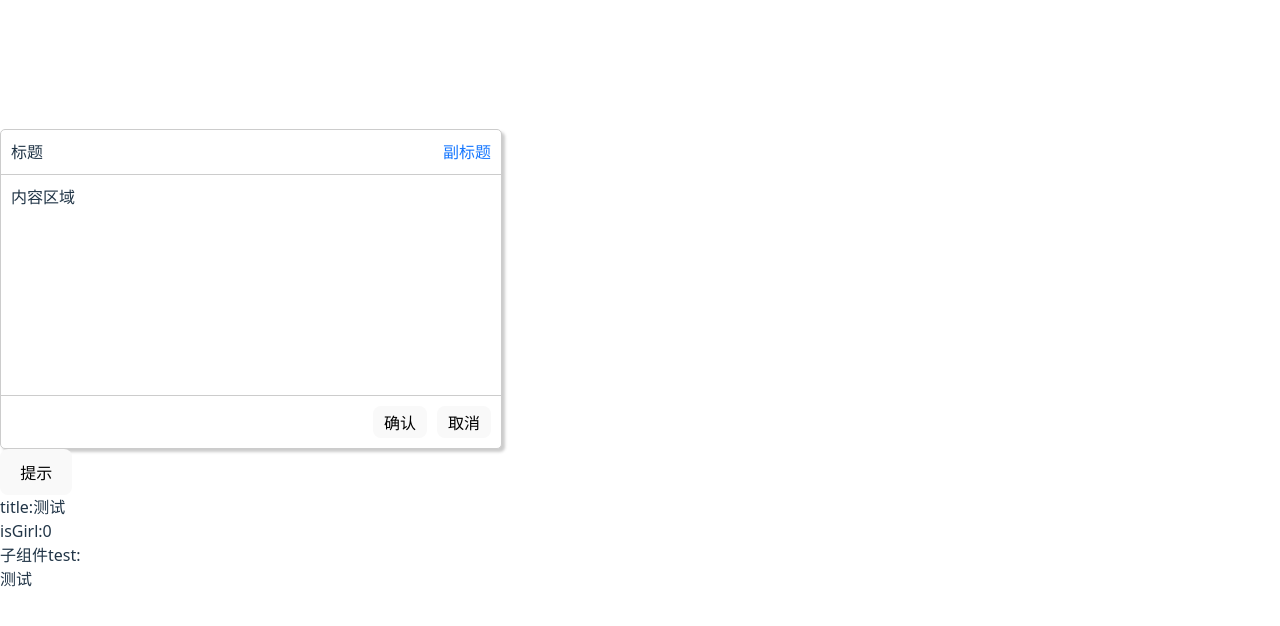
Repository: EDMZJJJ/learn-react
Page: /
The author's editor kept a copy of each file at every save. The page is drawn from the files as they stood at one save, then again after the next save.
The browser window is 1280 px wide. The pictures show the whole page.
The project was rebuilt for these pictures with package versions that can differ from the ones it lists, and the page was loaded fresh each time. Also part of the build but not shown: vite.config.ts, src/components/Message/index.css, src/components/Message/index.tsx.

Above is the page before, as saved 2026-03-10 22:55:06.

After the next save:
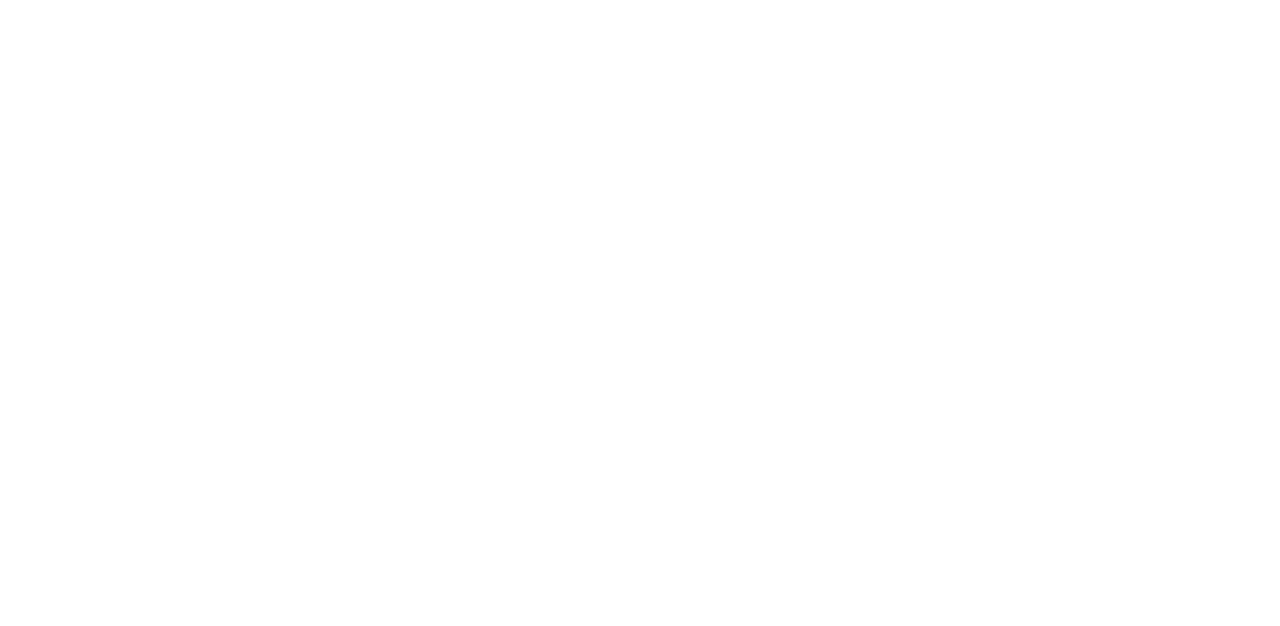
Console error: ReferenceError: props is not defined
Saved 31 s later.
--- a/src/components/Test/index.tsx
+++ b/src/components/Test/index.tsx
@@ -14,7 +14,7 @@
     isGirl:boolean
 }
 
-const Test:React.FC<Props> = (props)=>{
+const Test:React.FC<Props> = ({title = '默认标题'})=>{
   console.log(props)
   return (
     <>

After the save that followed:
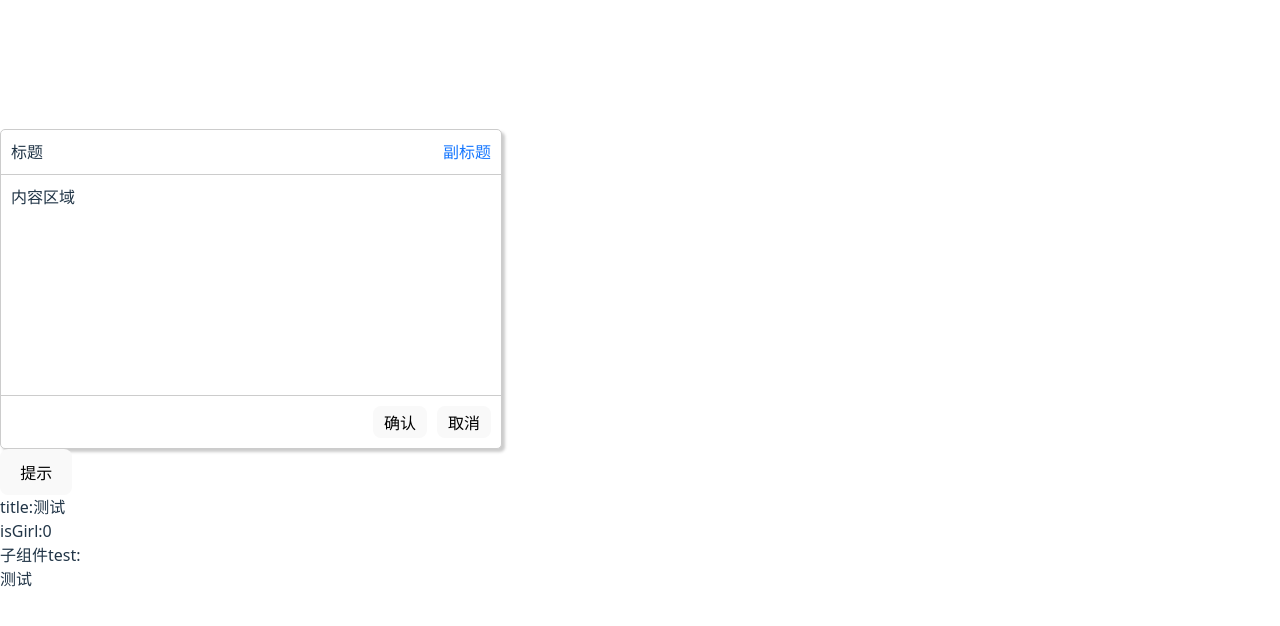
The error is gone.
Saved 11 s later.
--- a/src/components/Test/index.tsx
+++ b/src/components/Test/index.tsx
@@ -14,7 +14,7 @@
     isGirl:boolean
 }
 
-const Test:React.FC<Props> = ({title = '默认标题'})=>{
+const Test:React.FC<Props> = (props)=>{
   console.log(props)
   return (
     <>
